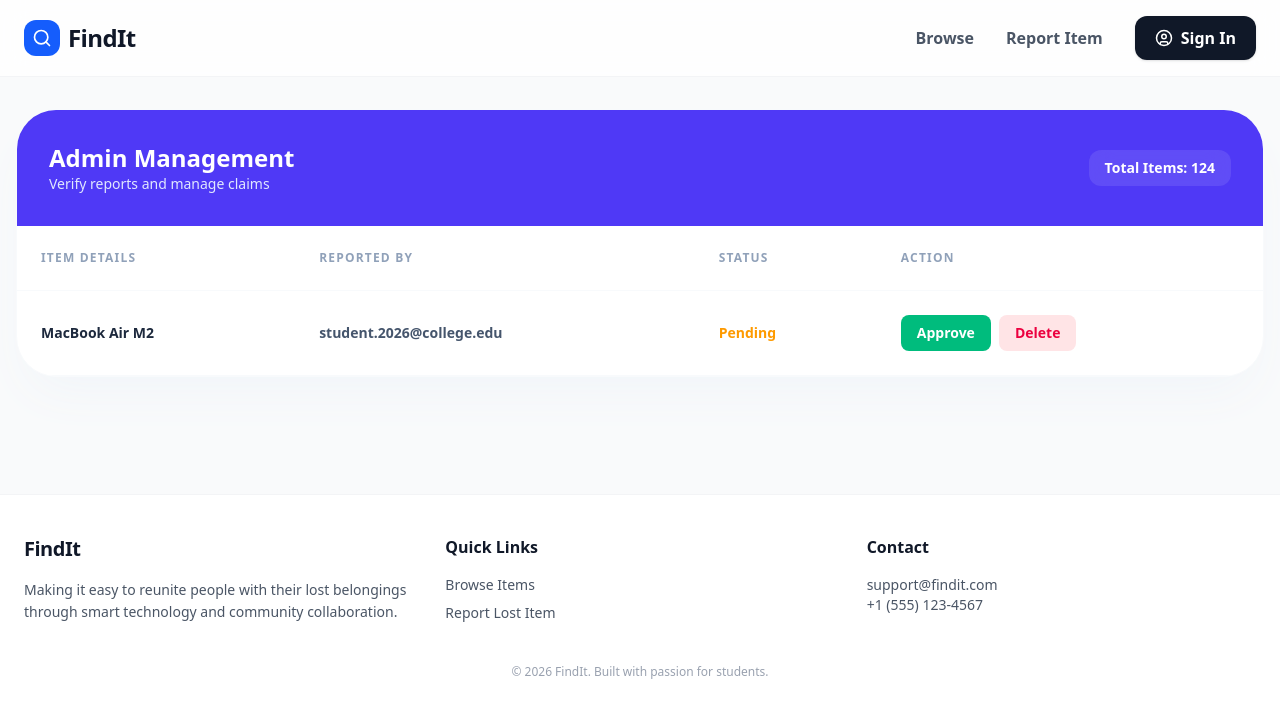
Repository: roygaurav007/lost-and-found
Page: /admin (app in Frontend/client/)
An editor plug-in stored every save of this project. The page is shown before and after a run of saves, followed by the edit.
The browser window is 1280 px wide. The pictures show the whole page.
The project was rebuilt for these pictures with package versions that can differ from the ones it lists, and the page was loaded fresh each time. Also part of the build but not shown: Frontend/client/vite.config.js, Frontend/client/src/pages/Home.jsx, Frontend/client/src/pages/Login.jsx, Frontend/client/src/utils/formSchemas.js, Frontend/client/src/pages/ReportItem.jsx, Frontend/client/src/pages/BrowseItems.jsx.

Above is the page before, as saved 2026-02-02 16:10:51.

### Frontend/client/src/main.jsx
import React from 'react'
import ReactDOM from 'react-dom/client'
import { BrowserRouter } from 'react-router-dom'
import App from './App'
import './styles/global.css' // We are pointing to our new style folder

ReactDOM.createRoot(document.getElementById('root')).render(
  <React.StrictMode>
    <BrowserRouter>
      <App />
    </BrowserRouter>
  </React.StrictMode>,
)

### Frontend/client/src/App.jsx
import { Routes, Route } from 'react-router-dom';
import { Toaster } from 'react-hot-toast';
import Layout from './components/Layout';
import Home from './pages/Home';
import Login from './pages/Login';
import ReportItem from './pages/ReportItem';
import BrowseItems from './pages/BrowseItems'; // New page
import AdminDashboard from './pages/AdminDashboard'; // New page

function App() {
  return (
    <Layout>
      <Toaster position="top-center" reverseOrder={false} />

      <Routes>
        <Route path="/" element={<Home />} />
        <Route path="/login" element={<Login />} />
        <Route path="/report" element={<ReportItem />} />
        <Route path="/browse" element={<BrowseItems />} />
        <Route path="/admin" element={<AdminDashboard />} />

        {/* 404 Page */}
        <Route path="*" element={
          <div className="text-center py-20 bg-white rounded-3xl m-6 shadow-xl">
            <h1 className="text-9xl font-black text-slate-100">404</h1>
            <p className="text-slate-500 font-bold -mt-10">This page was lost and hasn't been found.</p>
          </div>
        } />
      </Routes>
    </Layout>
  );
}

export default App;

### Frontend/client/src/components/Layout.jsx
import Navbar from './Navbar';
import Footer from './Footer';

const Layout = ({ children }) => {
  return (
    <div className="min-h-screen flex flex-col bg-gray-50">
      <Navbar />
      <main className="flex-grow container mx-auto px-4 py-8">
        {children}
      </main>
      <Footer />
    </div>
  );
};

export default Layout;

### Frontend/client/src/pages/AdminDashboard.jsx
const AdminDashboard = () => {
  return (
    <div className="bg-white rounded-[2.5rem] shadow-2xl shadow-slate-100 border border-slate-50 overflow-hidden">
      <div className="p-8 bg-indigo-600 text-white flex justify-between items-center">
        <div>
          <h2 className="text-2xl font-black">Admin Management</h2>
          <p className="text-indigo-100 text-sm font-medium">Verify reports and manage claims</p>
        </div>
        <div className="bg-white/10 px-4 py-2 rounded-xl backdrop-blur-md font-bold text-sm">
          Total Items: 124
        </div>
      </div>

      <div className="overflow-x-auto">
        <table className="w-full text-left border-collapse">
          <thead>
            <tr className="border-b border-slate-50 text-slate-400 text-xs font-black uppercase tracking-widest">
              <th className="p-6">Item Details</th>
              <th className="p-6">Reported By</th>
              <th className="p-6">Status</th>
              <th className="p-6">Action</th>
            </tr>
          </thead>
          <tbody className="text-sm font-bold text-slate-600">
            <tr className="border-b border-slate-50 hover:bg-slate-50/50 transition">
              <td className="p-6 font-black text-slate-800">MacBook Air M2</td>
              <td className="p-6">student.2026@college.edu</td>
              <td className="p-6 text-amber-500">Pending</td>
              <td className="p-6 flex gap-2">
                <button className="px-4 py-2 bg-emerald-500 text-white rounded-lg hover:bg-emerald-600 transition">Approve</button>
                <button className="px-4 py-2 bg-rose-100 text-rose-600 rounded-lg hover:bg-rose-200 transition">Delete</button>
              </td>
            </tr>
          </tbody>
        </table>
      </div>
    </div>
  );
};

export default AdminDashboard;

### Frontend/client/src/components/Navbar.jsx
import { Link } from 'react-router-dom';
import { Search, PlusCircle, UserCircle } from 'lucide-react';

const Navbar = () => {
  return (
    <nav className="sticky top-0 z-50 bg-white/80 backdrop-blur-md border-b border-gray-100 px-6 py-4">
      <div className="max-w-7xl mx-auto flex justify-between items-center">
        <Link to="/" className="flex items-center gap-2 group">
          <div className="bg-blue-600 p-2 rounded-xl group-hover:rotate-12 transition-transform">
            <Search className="text-white w-5 h-5" />
          </div>
          <span className="text-2xl font-black text-gray-900 tracking-tight">FindIt</span>
        </Link>

        <div className="hidden md:flex items-center gap-8 text-gray-600 font-semibold">
          <Link to="/browse" className="hover:text-blue-600 transition">Browse</Link>
          <Link to="/report" className="hover:text-blue-600 transition">Report Item</Link>
          <Link to="/login" className="flex items-center gap-2 bg-gray-900 text-white px-5 py-2.5 rounded-xl hover:bg-gray-800 transition shadow-sm">
            <UserCircle size={18} />
            Sign In
          </Link>
        </div>
      </div>
    </nav>
  );
};

export default Navbar;

### Frontend/client/src/components/Footer.jsx
const Footer = () => {
  return (
    <footer className="bg-white border-t border-gray-100 py-10 mt-auto">
      <div className="max-w-7xl mx-auto px-6 grid grid-cols-1 md:grid-cols-3 gap-8 text-gray-600">
        <div>
          <h3 className="text-gray-900 font-black text-xl mb-4 tracking-tight">FindIt</h3>
          <p className="text-sm leading-relaxed">Making it easy to reunite people with their lost belongings through smart technology and community collaboration.</p>
        </div>
        <div>
          <h4 className="font-bold text-gray-900 mb-4">Quick Links</h4>
          <ul className="space-y-2 text-sm">
            <li><a href="/browse" className="hover:text-blue-600 transition">Browse Items</a></li>
            <li><a href="/report" className="hover:text-blue-600 transition">Report Lost Item</a></li>
          </ul>
        </div>
        <div>
          <h4 className="font-bold text-gray-900 mb-4">Contact</h4>
          <p className="text-sm">support@findit.com</p>
          <p className="text-sm">+1 (555) 123-4567</p>
        </div>
      </div>
      <div className="text-center mt-10 text-xs text-gray-400">
        © 2026 FindIt. Built with passion for students.
      </div>
    </footer>
  );
};

export default Footer;

Loaded but not shown: Frontend/client/index.html (common file); Frontend/client/src/styles/global.css (common file)

After the next 2 saves:
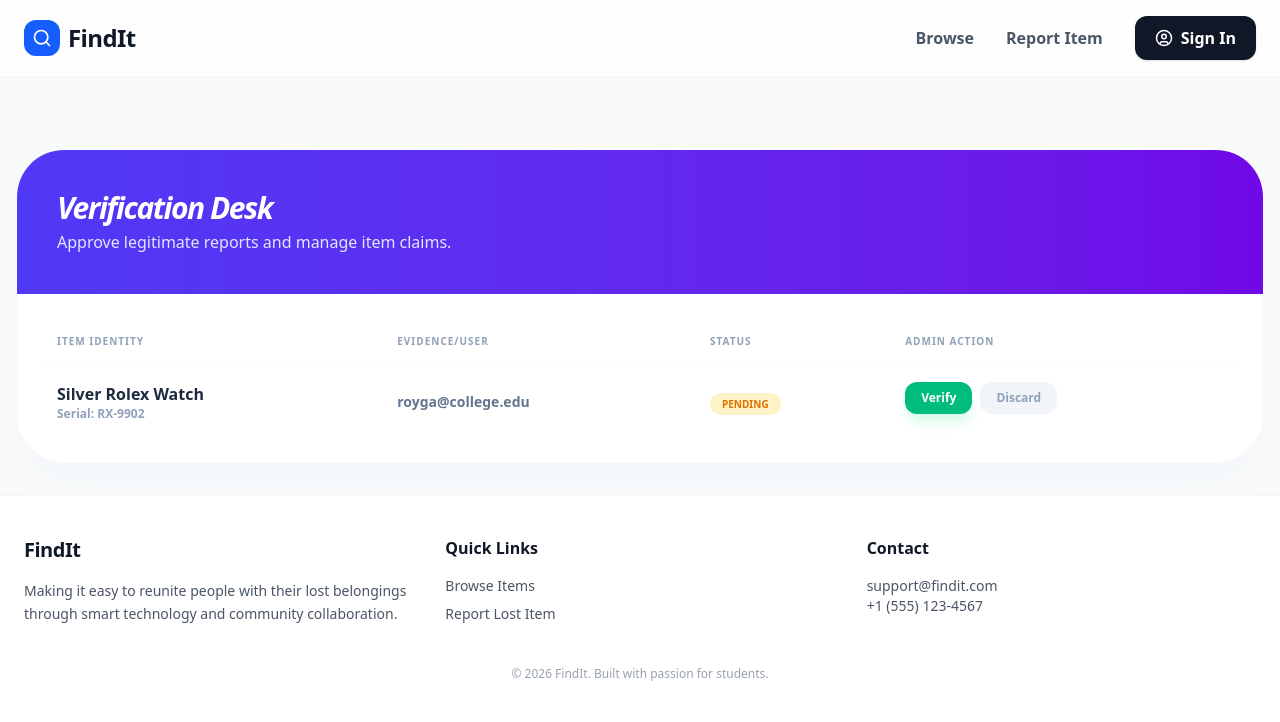
The 2 saves are shown as one change because they came seconds apart.
The last was saved 109 s later.
--- a/Frontend/client/src/pages/AdminDashboard.jsx
+++ b/Frontend/client/src/pages/AdminDashboard.jsx
@@ -1,34 +1,34 @@
 const AdminDashboard = () => {
   return (
-    <div className="bg-white rounded-[2.5rem] shadow-2xl shadow-slate-100 border border-slate-50 overflow-hidden">
-      <div className="p-8 bg-indigo-600 text-white flex justify-between items-center">
-        <div>
-          <h2 className="text-2xl font-black">Admin Management</h2>
-          <p className="text-indigo-100 text-sm font-medium">Verify reports and manage claims</p>
-        </div>
-        <div className="bg-white/10 px-4 py-2 rounded-xl backdrop-blur-md font-bold text-sm">
-          Total Items: 124
-        </div>
+    <div className="bg-white rounded-[3rem] shadow-2xl shadow-slate-100 border border-slate-50 overflow-hidden mt-10">
+      <div className="p-10 bg-gradient-to-r from-indigo-600 to-violet-700 text-white">
+        <h2 className="text-3xl font-black italic tracking-tighter">Verification Desk</h2>
+        <p className="text-indigo-100 font-medium mt-1">Approve legitimate reports and manage item claims.</p>
       </div>
 
-      <div className="overflow-x-auto">
-        <table className="w-full text-left border-collapse">
+      <div className="p-6 overflow-x-auto">
+        <table className="w-full text-left">
           <thead>
-            <tr className="border-b border-slate-50 text-slate-400 text-xs font-black uppercase tracking-widest">
-              <th className="p-6">Item Details</th>
-              <th className="p-6">Reported By</th>
-              <th className="p-6">Status</th>
-              <th className="p-6">Action</th>
+            <tr className="text-slate-400 text-[10px] font-black uppercase tracking-widest border-b border-slate-50">
+              <th className="p-4">Item Identity</th>
+              <th className="p-4">Evidence/User</th>
+              <th className="p-4">Status</th>
+              <th className="p-4">Admin Action</th>
             </tr>
           </thead>
-          <tbody className="text-sm font-bold text-slate-600">
-            <tr className="border-b border-slate-50 hover:bg-slate-50/50 transition">
-              <td className="p-6 font-black text-slate-800">MacBook Air M2</td>
-              <td className="p-6">student.2026@college.edu</td>
-              <td className="p-6 text-amber-500">Pending</td>
-              <td className="p-6 flex gap-2">
-                <button className="px-4 py-2 bg-emerald-500 text-white rounded-lg hover:bg-emerald-600 transition">Approve</button>
-                <button className="px-4 py-2 bg-rose-100 text-rose-600 rounded-lg hover:bg-rose-200 transition">Delete</button>
+          <tbody className="divide-y divide-slate-50">
+            <tr className="group hover:bg-slate-50/50 transition">
+              <td className="p-4">
+                <p className="font-black text-slate-800">Silver Rolex Watch</p>
+                <p className="text-xs text-slate-400 font-bold">Serial: RX-9902</p>
+              </td>
+              <td className="p-4 text-sm font-bold text-slate-500">royga@college.edu</td>
+              <td className="p-4">
+                <span className="bg-amber-100 text-amber-600 px-3 py-1 rounded-full text-[10px] font-black uppercase">Pending</span>
+              </td>
+              <td className="p-4 flex gap-2">
+                <button className="bg-emerald-500 text-white px-4 py-2 rounded-xl text-xs font-bold hover:bg-emerald-600 transition shadow-lg shadow-emerald-100">Verify</button>
+                <button className="bg-slate-100 text-slate-400 px-4 py-2 rounded-xl text-xs font-bold hover:bg-rose-50 hover:text-rose-500 transition">Discard</button>
               </td>
             </tr>
           </tbody>
